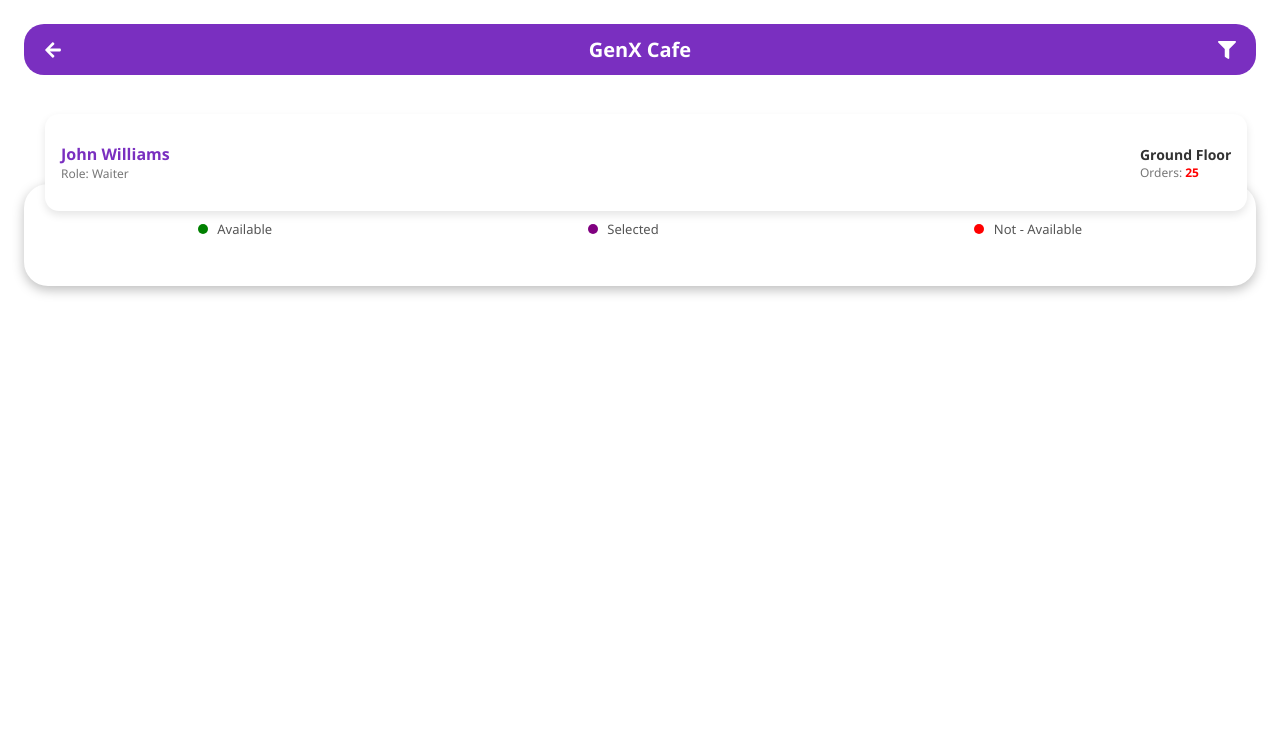
Repository: rajeshwaranslv/sturdy-spork-genx-frontend
Page: /
An editor plug-in stored every save of this project. The page is shown before and after the next save, followed by the edit.
The browser window is 1280 px wide. The pictures show the whole page.
The page's requests for data from a server got no answer. The project was rebuilt for these pictures with package versions that can differ from the ones it lists, and the page was loaded fresh each time. No one was signed in, and anything a server would have sent is missing. Also part of the build but not shown: src/components/MenuSelection.js, src/components/OrderReview.js, src/components/Billing.js, src/components/Success.js.

Above is the page before, as saved 2025-07-15 10:12:01.

### src/App.js
import React from 'react';
import { BrowserRouter as Router, Route, Switch } from 'react-router-dom';
import TableSelection from './components/TableSelection';
import MenuSelection from './components/MenuSelection';
import OrderReview from './components/OrderReview';
import Billing from './components/Billing';
import Success from './components/Success';

export default function App() {
  return (
    <Router>
      <Switch>
        <Route exact path="/" component={TableSelection} />
        <Route path="/menu/:tableId" component={MenuSelection} />
   <Route path="/orders/:orderId" component={OrderReview} />

        <Route path="/billing/:orderId" component={Billing} />
        <Route path="/success" component={Success} />
      </Switch>
    </Router>
  );
}

### src/components/TableSelection.js
import React, { useEffect, useState } from 'react';
import { getTables } from '../services/api';
import { withRouter } from 'react-router-dom';
import { FaArrowLeft, FaFilter } from 'react-icons/fa';
import './style.css';

function TableSelection({ history }) {
  const [tables, setTables] = useState([]);
  const [selectedTableId, setSelectedTableId] = useState(null);

  const waiter = {
    name: 'John Williams',
    role: 'Waiter',
    floor: 'Ground Floor',
    orders: 25,
  };

  useEffect(() => {
    getTables()
      .then((res) => setTables(res.data))
      .catch((err) => console.error('Failed to fetch tables', err));
  }, []);

  const handleTableClick = (id, status) => {
    if (status === 'available') {
      setSelectedTableId(id === selectedTableId ? null : id); // Toggle
    }
  };

  const handleSelectTable = () => {
    if (selectedTableId) {
      history.push(`/menu/${selectedTableId}`);
    }
  };

  return (
    <div className="container">
      <div className="header-bar">
        <FaArrowLeft className="icon" onClick={() => history.goBack()} />
        <h2>GenX Cafe</h2>
        <FaFilter className="icon" />
      </div>

      <div className="waiter-card">
        <div className="waiter-left">
          <strong className="waiter-name">{waiter.name}</strong>
          <div className="waiter-role">Role: {waiter.role}</div>
        </div>
        <div className="waiter-right">
          <div className="floor-label">{waiter.floor}</div>
          <div className="orders-count">
            Orders: <span className="order-red">{waiter.orders}</span>
          </div>
        </div>
      </div>

      <div className="table-section">
        <div className="legend-row">
          <div><span className="legend-dot green" /> Available</div>
          <div><span className="legend-dot purple" /> Selected</div>
          <div><span className="legend-dot red" /> Not - Available</div>
        </div>

        <div className="table-grid">
          {tables.map((table) => {
            const isSelected = selectedTableId === table.id;
            const statusClass =
              table.status === 'available'
                ? isSelected
                  ? 'selected'
                  : 'available'
                : 'occupied';

            return (
              <button
                key={table.id}
                className={`table-btn ${statusClass}`}
                onClick={() => handleTableClick(table.id, table.status)}
                disabled={table.status === 'occupied'}
              >
                Table {table.id.toString().padStart(2, '0')}
              </button>
            );
          })}
        </div>
      </div>


    </div>
  );
}

export default withRouter(TableSelection);

### src/services/api.js
import axios from 'axios';

const API = axios.create({
  baseURL: 'http://localhost:3001/',
});

export const getTables = () => API.get('/tables');
export const getTableDetails = (id) => API.get(`/tables/${id}`);
export const getFoodItems = () => API.get('/foodItems');

export const placeOrder = (data) => API.post('/orders', data);
export const updateOrderItemStatus = (id, payload) => API.patch(`/orders/${id}`, payload);
export const getOrder = (id) => API.get(`/orders/${id}`);
export const generateBill = (data) => API.post('/bills', data);

// ✅ NEW: Update table status
export const updateTableStatus = (id, payload) => API.patch(`/tables/${id}`, payload);

### src/components/style.css
.container {
  background: #fff;
  min-height: 100vh;
  padding: 16px;
  box-sizing: border-box;
  font-family: 'Segoe UI', sans-serif;
}

/* Header Bar */
.header-bar {
  display: flex;
  justify-content: space-between;
  align-items: center;
  background: #7a2fc0;
  padding: 12px 20px;
  border-radius: 20px;
  color: white;
  margin-bottom: 12px;
}

.header-bar h2 {
  margin: 0;
  font-size: 20px;
}

.icon {
  color: white;
  font-size: 18px;
  cursor: pointer;
}

/* Waiter Info Card */
.waiter-card {
    background: white;
    box-shadow: 0 4px 8px rgba(0,0,0,0.1);
    border-radius: 14px;
    padding: 11px 20px;
    margin-top: -32px;
    display: flex;
    justify-content: space-between;
    align-items: center;
    width: 95%;
    position: relative;
    top: 27px;
    height: 73px;
    left: 21px;
}

.waiter-name {
  color: #7a2fc0;
  font-size: 16px;
  font-weight: 600;
}

.waiter-role {
  font-size: 12px;
  color: #777;
}

.floor-label {
  font-size: 13px;
  font-weight: 600;
  color: #333;
}

.orders-count {
  font-size: 12px;
  color: #777;
}

.order-red {
  color: red;
  font-weight: bold;
}

/* Legend */
.legend-row {
  display: flex;
  justify-content: space-around;
  margin: 20px 0 12px;
  font-size: 13px;
  color: #555;
}

.legend-dot {
  width: 10px;
  height: 10px;
  border-radius: 50%;
  display: inline-block;
  margin-right: 6px;
}

.legend-dot.green {
  background-color: green;
}

.legend-dot.purple {
  background-color: purple;
}

.legend-dot.red {
  background-color: red;
}

/* Table Section Wrapper (NEW) */
.table-section {
  background: #fff;
  padding: 16px;
  border-radius: 24px;
  box-shadow: 0 4px 12px rgba(0, 0, 0, 0.258);
}

/* Grid for Table Buttons */
.table-grid {
  display: grid;
  grid-template-columns: repeat(2, 1fr);
  gap: 14px;
  padding: 10px 0;
}

/* Table Buttons */
.table-btn {
  padding: 16px 0;
  border-radius: 14px;
  font-size: 16px;
  font-weight: bold;
  cursor: pointer;
  border: 2px solid transparent;
  transition: all 0.2s ease-in-out;
  width: 100%;
}

.table-btn.available {
  color: green;
  border-color: green;
  background-color: white;
}

.table-btn.available:hover {
  background-color: #f0fff0;
}

.table-btn.selected {
  background-color: #7a2fc0;
  color: white;
  border-color: #7a2fc0;
}

.table-btn.occupied {
  background-color: red;
  color: white;
  cursor: not-allowed;
}

/* Select Table Button */
.select-btn {
  width: 100%;
  padding: 14px;
  margin-top: 24px;
  border-radius: 14px;
  border: none;
  background-color: #7a2fc0;
  color: white;
  font-size: 16px;
  font-weight: bold;
  cursor: pointer;
  box-shadow: 0 3px 8px rgba(0,0,0,0.1);
}

.select-btn:hover {
  background-color: #6926b2;
}
.table-btn.selected {
  background-color: #7a2fc0;
  color: white;
  border: 2px solid #7a2fc0;
}

/* menu */
.menu-grid {
  display: grid;
  grid-template-columns: repeat(2, 1fr);
  gap: 14px;
  margin-top: 16px;
}

.menu-card {
  background: #fff;
  padding: 12px;
  border-radius: 14px;
  box-shadow: 0 4px 10px rgba(0,0,0,0.1);
  text-align: center;
  transition: all 0.3s ease;
  border: 2px solid transparent;
}

.menu-card.selected {
  border: 2px solid #7a2fc0;
  background-color: #f3e8ff;
}

.menu-card img {
  width: 80px;
  height: 80px;
  border-radius: 10px;
  object-fit: cover;
}

.menu-card h4 {
  margin: 8px 0 4px;
  font-size: 16px;
  color: #333;
}

.menu-card .desc {
  font-size: 12px;
  color: #777;
  height: 32px;
  overflow: hidden;
}

.menu-card button {
  background-color: #7a2fc0;
  color: white;
  border: none;
  border-radius: 8px;
  padding: 6px 12px;
  margin-top: 8px;
  font-size: 13px;
  cursor: pointer;
}

.menu-card button:hover {
  background-color: #6920a4;
}

.footer-btn {
  width: 100%;
  margin-top: 20px;
  padding: 12px;
  background-color: #7a2fc0;
  color: white;
  border: none;
  border-radius: 12px;
  font-size: 16px;
  font-weight: bold;
  cursor: pointer;
}

.footer-btn:disabled {
  background-color: #ccc;
  cursor: not-allowed;
}

/* Reuse waiter card styles from TableSelection */

.waiter-card {
  background: white;
  box-shadow: 0 4px 8px rgba(0,0,0,0.1);
  border-radius: 14px;
  padding: 12px 16px;
  margin-top: 12px;
  display: flex;
  justify-content: space-between;
  align-items: center;
}

.waiter-name {
  color: #7a2fc0;
  font-size: 16px;
}

.waiter-role {
  font-size: 12px;
  color: #777;
}

.floor-label {
  font-size: 14px;
  font-weight: bold;
}

.orders-count {
  font-size: 12px;
  color: #777;
}

.order-red {
  color: red;
  font-weight: bold;
}

.header-bar {
  display: flex;
  justify-content: space-between;
  align-items: center;
  background: #7a2fc0;
  padding: 12px 20px;
  border-radius: 20px;
  color: white;
}

.header-bar h2 {
  margin: 0;
  font-size: 20px;
}

.icon {
  color: white;
  font-size: 18px;
  cursor: pointer;
}
/* order */
.order-list {
  margin-top: 20px;
  display: flex;
  flex-direction: column;
  gap: 14px;
}

.item-row {
  display: flex;
  justify-content: space-between;
  align-items: center;
  background: white;
  padding: 42px 52px;
  border-radius: 14px;
  /* box-shadow: 0 4px 10px rgba(0,0,0,0.08); */
  transition: 0.3s ease;
}

.item-info strong {
  font-size: 15px;
  color: #333;
}

.item-info p {
  font-size: 13px;
  margin-top: 4px;
  color: #777;
}

.item-status {
  display: flex;
  flex-direction: column;
  align-items: center;
  gap: 4px;
}

.custom-switch .ant-switch-checked {
  background-color: #7a2fc0 !important;
}

.status-label {
  font-size: 12px;
  font-weight: bold;
  text-transform: capitalize;
}

.status-label.served {
  color: green;
}

.status-label.ordered {
  color: orange;
}

/* Reuse existing purple button style */
.footer-btn {
  width: 100%;
  margin-top: 24px;
  padding: 14px;
  border-radius: 12px;
  border: none;
  background-color: #7a2fc0;
  color: white;
  font-size: 16px;
  font-weight: bold;
  cursor: pointer;
}

.footer-btn:disabled {
  background-color: #ccc;
  cursor: not-allowed;
}
/* success */
.success-page {
  text-align: center;
  margin-top: 50px;
}

.checkmark-circle {
  width: 200px;
  height: 200px;
  margin: 0 auto 20px;
  border-radius: 50%;
  background-color: #7a2fc0;
  position: relative;
  animation: popCircle 0.5s ease-out;
}

.checkmark {
  position: absolute;
  top: 30%;
  left: 40%;
  width: 30px;
  height: 60px;
  border-right: 5px solid white;
  border-bottom: 5px solid white;
  transform: rotate(45deg) scale(0);
  animation: drawCheck 0.4s 0.3s ease forwards;
}

@keyframes popCircle {
  0% {
    transform: scale(0.7);
    opacity: 0;
  }
  100% {
    transform: scale(1);
    opacity: 1;
  }
}

@keyframes drawCheck {
  to {
    transform: rotate(45deg) scale(1);
  }
}
/* Responsive Tweaks */
@media (max-width: 768px) {
  .container {
    padding: 12px;
  }

  .header-bar {
    flex-direction: row;
    padding: 10px 16px;
    border-radius: 16px;
  }

  .header-bar h2 {
    font-size: 18px;
  }

  .waiter-card {
  background: white;
    box-shadow: 0 4px 8px rgba(0,0,0,0.1);
    border-radius: 14px;
    padding: 11px 20px;
    margin-top: -32px;
    display: flex;
    justify-content: space-between;
    align-items: center;
    width: 480px;
    position: relative;
    top: 27px;
    height: 73px;
    left: 21px;
    flex-direction: column;
    align-items: flex-start;
    gap: 6px;
  }

  .legend-row {
    flex-direction: column;
    align-items: center;
    gap: 8px;
    font-size: 12px;
  }

  .table-grid {
    grid-template-columns: 1fr;
    gap: 12px;
  }

  .menu-grid {
    grid-template-columns: 1fr;
  }

  .menu-card img {
    width: 70px;
    height: 70px;
  }

  .menu-card h4 {
    font-size: 14px;
  }

  .menu-card .desc {
    font-size: 11px;
    height: auto;
  }

  .footer-btn {
    font-size: 14px;
    padding: 12px;
  }

  .item-row {
    flex-direction: column;
    align-items: flex-start;
    gap: 10px;
  }

  .item-status {
    flex-direction: row;
    justify-content: space-between;
    width: 100%;
  }

  .checkmark-circle {
    width: 120px;
    height: 120px;
  }

  .checkmark {
    top: 30%;
    left: 35%;
    width: 20px;
    height: 40px;
    border-right: 4px solid white;
    border-bottom: 4px solid white;
  }

  .success-page h2 {
    font-size: 18px;
  }
}

@media (min-width: 769px) and (max-width: 1024px) {
  .table-grid {
    grid-template-columns: repeat(3, 1fr);
  }

  .menu-grid {
    grid-template-columns: repeat(2, 1fr);
  }
}

/* billing */
.qty-btn {
  background-color: #7a2fc0;
  color: white;
  border: none;
  border-radius: 6px;
  padding: 4px 10px;
  font-size: 16px;
  font-weight: bold;
  cursor: pointer;
  transition: background-color 0.2s ease;
}

.qty-btn:hover {
  background-color: #6926b2;
}

Loaded but not shown: public/index.html (common file); src/index.js (common file)

After the next save:
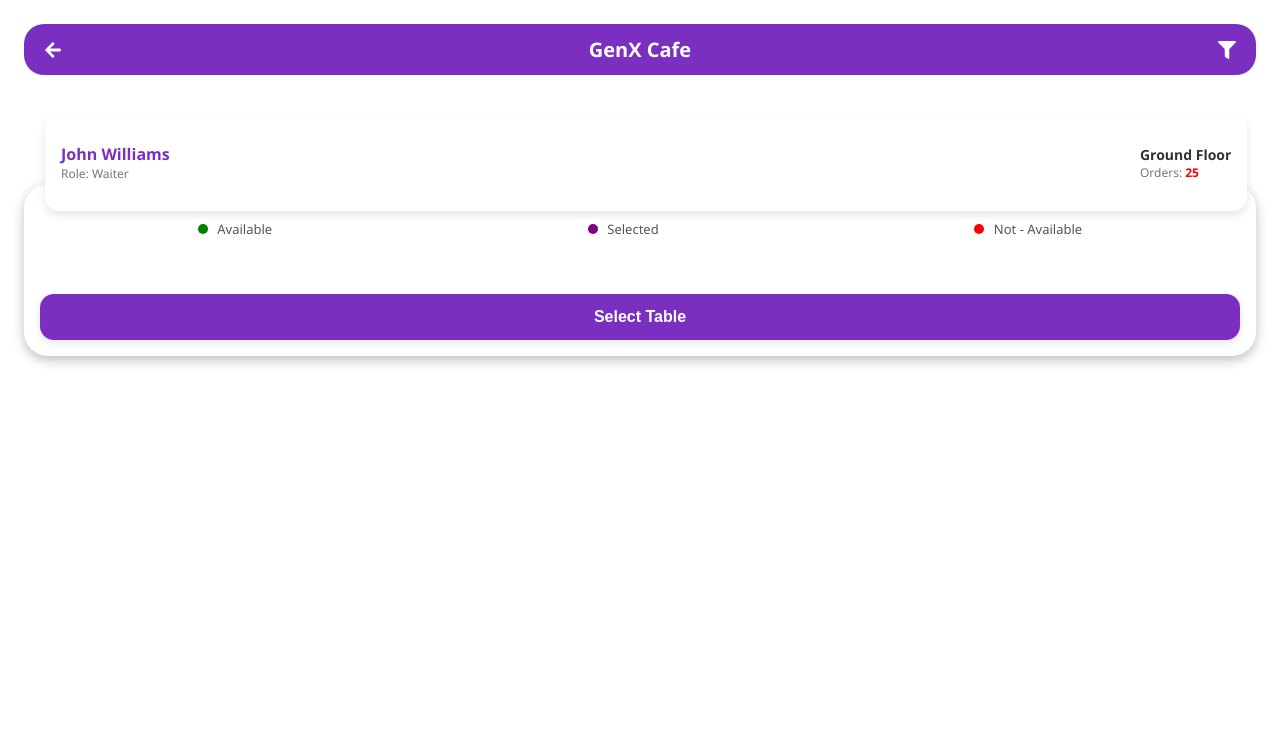
Saved 6 s later.
--- a/src/components/TableSelection.js
+++ b/src/components/TableSelection.js
@@ -83,6 +83,13 @@ function TableSelection({ history }) {
             );
           })}
         </div>
+              <button
+        className="select-btn"
+        onClick={handleSelectTable}
+        disabled={!selectedTableId}
+      >
+        Select Table
+      </button>
       </div>
 
 
